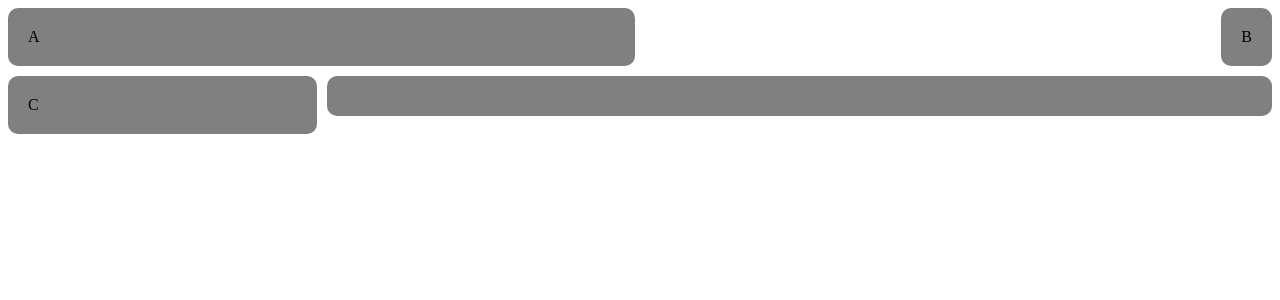
Repository: Yevhen94/nixhw
Page: fourth-lesson/index.html
An editor plug-in stored every save of this project. The page is shown before and after a run of saves, followed by the edit.
The browser window is 1280 px wide. The pictures show the whole page.

Above is the page before, as saved 2022-02-08 15:58:56.

### fourth-lesson/index.html
<!DOCTYPE html>
<html lang="en">
  <head>
    <meta charset="UTF-8" />
    <meta http-equiv="X-UA-Compatible" content="IE=edge" />
    <meta name="viewport" content="width=device-width, initial-scale=1.0" />
    <link rel="stylesheet" href="./styles/index.css" />
    <title>Flex+Grid</title>
  </head>
  <body>
    <!-- <div class="first-ex">
      <div class="block block--yellow">
        <span>A</span>
      </div>
      <div class="block block--yellow">
        <span>B</span>
      </div>
      <div class="block block--yellow">
        <span>C</span>
      </div>
      <div class="block block--pink">
        <span>D</span>
      </div>
      <div class="block block--pink">
        <span>E</span>
      </div>
      <div class="block block--pink">
        <span>F</span>
      </div>
      <div class="block block--green">
        <span>G</span>
      </div>
      <div class="block block--green">
        <span>H</span>
      </div>
      <div class="block block--green">
        <span>I</span>
      </div>
      <div class="block block--blue">
        <span>J</span>
      </div>
      <div class="block block--blue">
        <span>K</span>
      </div>
      <div class="block block--blue">
        <span>L</span>
      </div>
    </div> -->
    <!-- <div class="second-ex">
      <div class="resp-block two-in-one">
        <span>A</span>
      </div>
      <div class="resp-block">
        <span>B</span>
      </div>
      <div class="resp-block">
        <span>C</span>
      </div>
      <div class="resp-block">
        <span>D</span>
      </div>
      <div class="resp-block">
        <span>E</span>
      </div>
      <div class="resp-block">
        <span>F</span>
      </div>
      <div class="resp-block four-in-one">
        <span>G</span>
      </div>
      <div class="resp-block">
        <span>H</span>
      </div>
      <div class="resp-block">
        <span>I</span>
      </div>
      <div class="resp-block">
        <span>J</span>
      </div>
      <div class="resp-block three-in-one">
        <span>K</span>
      </div>
      <div class="resp-block">
        <span>L</span>
      </div>
      <div class="resp-block">
        <span>M</span>
      </div>
    </div> -->
    <div class="third-ex">
      <div class="item">
        <span>A</span>
      </div>
      <div class="item">
        <span>B</span>
      </div>
      <div class="item two-row-item">
        <span>C</span>
      </div>
      <div class="item subgrid">
        <div class="subitem subitem-first"></div>
        <div class="subitem"></div>
        <div class="subitem"></div>
      </div>
    </div>
  </body>
</html>

### fourth-lesson/styles/index.css
.first-ex {
  grid-template-columns: repeat(3, 1fr);
  display: grid;
  gap: 10px;
}

.block {
  justify-content: center;
  align-items: center;
  min-height: 150px;
  font-weight: bold;
  min-width: 150px;
  font-size: 30px;
  display: flex;
}

.block--yellow {
  background-color: yellow;
  justify-self: end;
}

.block--pink {
  background-color: pink;
  justify-self: start;
}

.block--green {
  background-color: lightgreen;
  justify-self: center;
}

.block--blue {
  background-color: lightblue;
}

.second-ex {
  grid-template-columns: repeat(auto-fill, minmax(200px, 1fr));
  display: grid;
  gap: 10px;
}

.resp-block {
  background-color: lightgrey;
  justify-content: center;
  align-items: center;
  border-radius: 20px;
  font-weight: bold;
  font-size: 30px;
  padding: 20px;
  display: flex;
}

.two-in-one {
  grid-column: 1 / span 2;
}

.four-in-one {
  grid-column-end: span 2;
  grid-row-end: span 2;
}

.three-in-one {
  grid-column-end: span 3;
}

.third-ex {
  grid-template-columns: repeat(4, 1fr);
  display: grid;
  gap: 10px;
}

.item {
  background-color: grey;
  border-radius: 10px;
  padding: 20px;
}

.item:nth-child(1) {
  grid-column-end: span 2;
}

.item:nth-child(2) {
  grid-column-end: span 2;
  justify-self: end;
}

.item:nth-child(3) {
  grid-column-end: span 1;
}

.item:nth-child(4) {
  grid-column-end: span 3;
}

.two-row-item {
  grid-row-end: span 2;
  grid-column-end: span 0.7;
}

.subgrid {
  grid-template-columns: subgrid;
  grid-template-rows: subgrid;
  display: grid;
}

.subitem {
  background-color: lightgray;
  border-radius: 10px;
}

.subitem-first {
  grid-row: 1 / span 2;
  grid-column: 1;
}

After the next 2 saves:
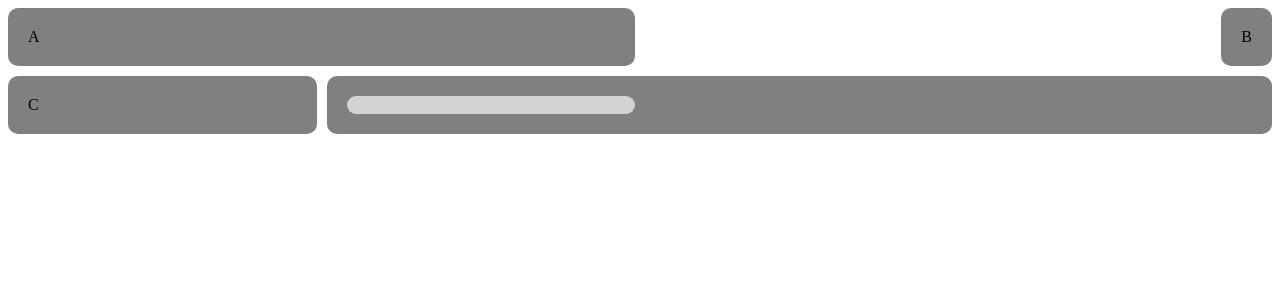
The 2 saves are shown as one change because they came seconds apart.
The last was saved 26 s later.
--- a/fourth-lesson/styles/index.css
+++ b/fourth-lesson/styles/index.css
@@ -86,15 +86,12 @@
 
 .item:nth-child(3) {
   grid-column-end: span 1;
+  grid-row-end: span 2;
 }
 
 .item:nth-child(4) {
   grid-column-end: span 3;
-}
-
-.two-row-item {
   grid-row-end: span 2;
-  grid-column-end: span 0.7;
 }
 
 .subgrid {
